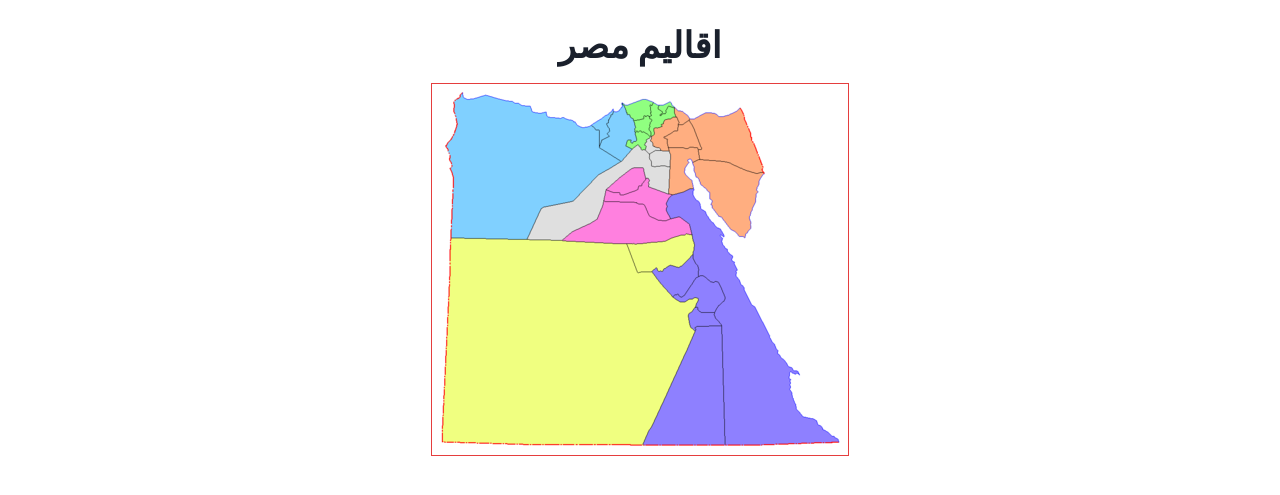
Repository: ahmed-mohamed-eng/egypt-gov-map
Page: /
These files come from the project's save history. The page is drawn as it stood at one moment and after the next save; the edit follows.
The browser window is 1280 px wide. The pictures show the whole page.
Some web fonts or font styles are not loaded; a fallback is used. The project was rebuilt for these pictures with package versions that can differ from the ones it lists, and the page was loaded fresh each time. The framework's server and built-in components were replaced by stand-ins that run in the browser. Also part of the build but not shown: next.config.js.

Above is the page before, as saved 2022-05-28 02:35:20.

### pages/_app.tsx
import "../styles/globals.css";

import type { AppProps } from "next/app";

import { ChakraProvider, extendTheme } from "@chakra-ui/react";

const theme = extendTheme({
  fonts: {
    arabic: `"Aref Ruqaa" ,'Segoe UI', Tahoma, Geneva, Verdana, sans-serif`,
  }
});

function MyApp({ Component, pageProps }: AppProps) {
  return (
    <ChakraProvider theme={theme}>
      <Component {...pageProps} />
    </ChakraProvider>
  );
}

export default MyApp;

### pages/_document.tsx
import Document, {
  Html,
  Head,
  Main,
  NextScript,
  DocumentContext,
} from "next/document";

class MyDocument extends Document {
  static async getInitialProps(ctx: DocumentContext) {
    const initialProps = await Document.getInitialProps(ctx);
    return { ...initialProps };
  }

  render() {
    return (
      <Html dir="rtl" lang="ar">
        <Head />
        <body>
          <Main />
          <NextScript />
        </body>
      </Html>
    );
  }
}

export default MyDocument;

### pages/index.tsx
import type { NextPage } from "next";

// Custom Components
import Header from "../components/Header";
import PageContainer from "../components/PageContainer";
import MainContentArea from "../components/MainContentArea";

const Home: NextPage = () => {
  return (
    <PageContainer>
      <Header headerTitle="اقاليم مصر" />
      <MainContentArea />
    </PageContainer>
  );
};

export default Home;

### styles/globals.css
@import url('https://fonts.googleapis.com/css2?family=Aref+Ruqaa:wght@400;700&display=swap');

@tailwind base;
@tailwind components;
@tailwind utilities;

html,
body {
  padding: 0;
  margin: 0;
  font-family: -apple-system, BlinkMacSystemFont, Segoe UI, Roboto, Oxygen,
    Ubuntu, Cantarell, Fira Sans, Droid Sans, Helvetica Neue, sans-serif;
}

a {
  color: inherit;
  text-decoration: none;
}

* {
  box-sizing: border-box;
  font-family: "Aref Ruqaa" ,'Segoe UI', Tahoma, Geneva, Verdana, sans-serif;
}

### components/Header/index.tsx
export { Header as default } from "./Header";

### components/PageContainer/index.tsx
export { PageContainer as default } from "./PageContainer";

### components/MainContentArea/index.tsx
export { MainContentArea as default } from "./MainContentArea";

### components/Header/Header.tsx
import { Flex, Heading } from "@chakra-ui/react";

export interface HeaderProps {
  headerTitle: string;
}

export const Header = (props: HeaderProps) => {
  return (
    <Flex
      as="header"
      justifyContent="center"
      alignItems="center"
      fontSize="1.5rem"
      fontFamily="arabic"
    >
      <Heading as="h1">{props.headerTitle}</Heading>
    </Flex>
  );
};

### components/PageContainer/PageContainer.tsx
import { VStack } from "@chakra-ui/react"

export const PageContainer = (props: any) => {
  return (
    <VStack py="1.5rem" px="1rem" spacing="1rem">
        {props.children}
    </VStack>
  )
}

### components/MainContentArea/MainContentArea.tsx
import { VStack } from "@chakra-ui/react";

// Custom Components.
import MapArea from "./MapArea";

export const MainContentArea = () => {
  return (
    <VStack as="main" w="full" spacing="1rem">
      <MapArea />
    </VStack>
  );
};

### components/MainContentArea/MapArea/index.tsx
export { MapArea as default } from "./MapArea";

### components/MainContentArea/MapArea/MapArea.tsx
import { VStack } from "@chakra-ui/react";

// Custom Components.
import MapImage from "./MapImage";

export const MapArea = () => {
  return (
    <VStack w="full" spacing="0.5rem">
      <MapImage />
    </VStack>
  );
};

### components/MainContentArea/MapArea/MapImage/index.tsx
export { MapImage as default } from "./MapImage";

### components/MainContentArea/MapArea/MapImage/MapImage.tsx
import React from "react";

import { Flex, Image } from "@chakra-ui/react";

// Images Sources.
import mapImage from "../../../../images/Egypt_Provinces.webp";

export const MapImage = () => {
  return (
    <Flex borderWidth="thin" borderColor="red.500" p="0.5rem">
      <Image mixBlendMode="multiply" src={mapImage.src} alt="Egypt Province Map" />
    </Flex>
  );
};

Loaded but not shown: tailwind.config.js (common file)

After the next save:
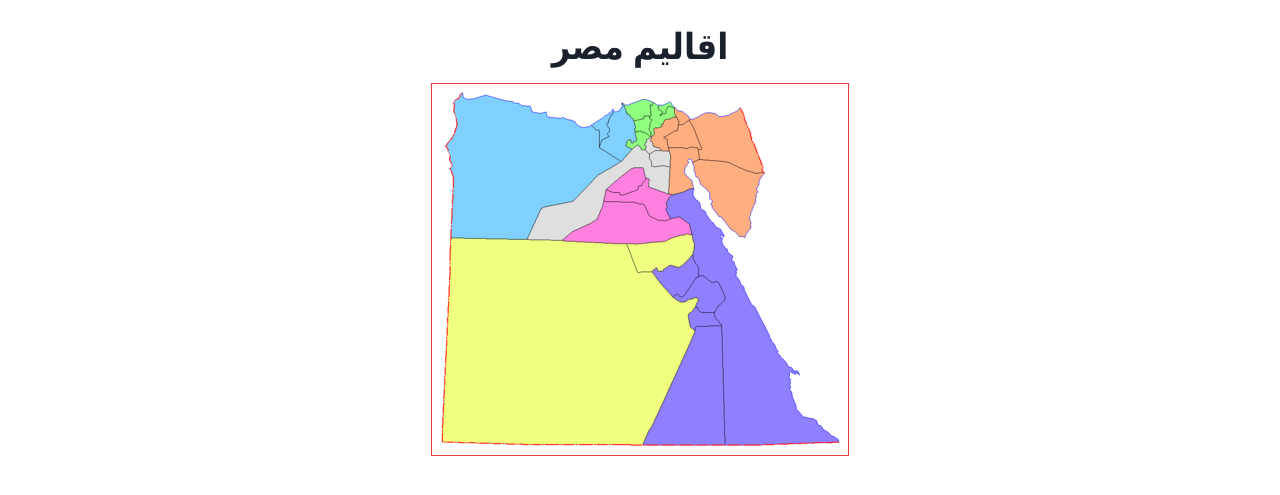
Saved 52 s later.
--- a/pages/_app.tsx
+++ b/pages/_app.tsx
@@ -6,7 +6,7 @@ import { ChakraProvider, extendTheme } from "@chakra-ui/react";
 
 const theme = extendTheme({
   fonts: {
-    arabic: `"Aref Ruqaa" ,'Segoe UI', Tahoma, Geneva, Verdana, sans-serif`,
+    heading: `"Aref Ruqaa" ,'Segoe UI', Tahoma, Geneva, Verdana, sans-serif`,
   }
 });
 
